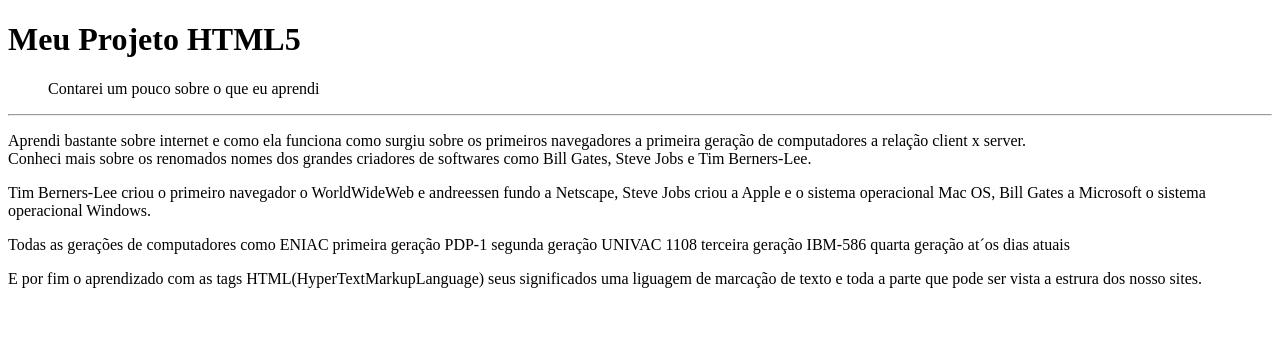
Repository: gustavotwist/meu-html
Page: index.html
The author's editor kept a copy of each file at every save. The page is drawn from the files as they stood at one save, then again after the next save.
The browser window is 1280 px wide. The pictures show the whole page.

Above is the page before, as saved 2024-04-24 22:21:37.

### index.html
<!DOCTYPE html>
<html lang="pt-br">
<head>
    <meta charset="UTF-8">
    <meta name="viewport" content="width=device-width, initial-scale=1.0">
    <title>Projeto HTML</title>
</head>
<body>
    <h1>Meu Projeto HTML5</h1>
    <blockquote>Contarei um pouco sobre o que eu aprendi</blockquote><hr>


    <p>Aprendi bastante sobre internet e como ela funciona como surgiu sobre os primeiros navegadores a primeira geração de computadores a relação client x server. <br> Conheci mais sobre os renomados nomes dos grandes criadores de softwares como Bill Gates, Steve Jobs e Tim Berners-Lee.</p>
    <p>Tim Berners-Lee criou o primeiro navegador o WorldWideWeb e andreessen fundo a Netscape, Steve Jobs criou a Apple e o sistema operacional Mac OS, Bill Gates a Microsoft o sistema operacional Windows.</p>
    <p>Todas as gerações de computadores como ENIAC primeira geração PDP-1 segunda geração UNIVAC 1108 terceira geração IBM-586 quarta geração at´os dias atuais</p>
    <p>E por fim o aprendizado com as tags HTML(HyperTextMarkupLanguage) seus significados uma liguagem de marcação de texto e toda a parte que pode ser vista a estrura dos nosso sites.</p>


</body>
</html>

After the next save:
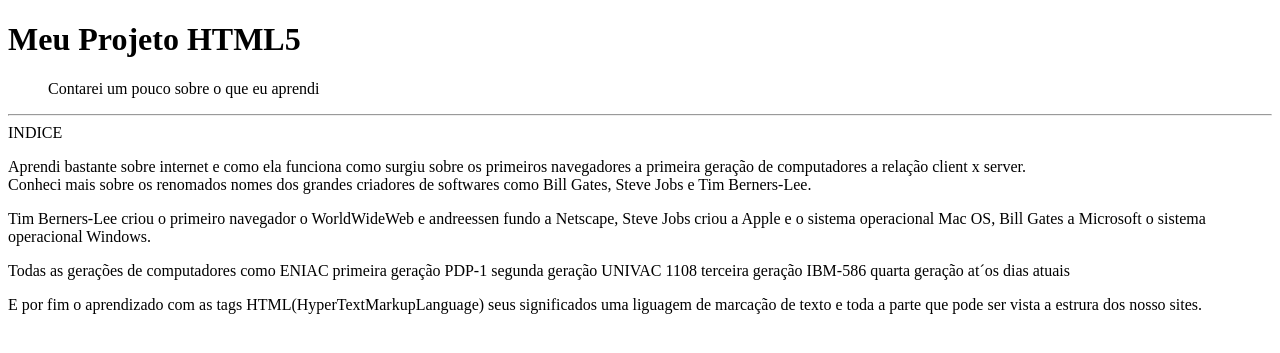
Saved 11 s later.
--- a/index.html
+++ b/index.html
@@ -8,7 +8,7 @@
 <body>
     <h1>Meu Projeto HTML5</h1>
     <blockquote>Contarei um pouco sobre o que eu aprendi</blockquote><hr>
-
+    INDICE
 
     <p>Aprendi bastante sobre internet e como ela funciona como surgiu sobre os primeiros navegadores a primeira geração de computadores a relação client x server. <br> Conheci mais sobre os renomados nomes dos grandes criadores de softwares como Bill Gates, Steve Jobs e Tim Berners-Lee.</p>
     <p>Tim Berners-Lee criou o primeiro navegador o WorldWideWeb e andreessen fundo a Netscape, Steve Jobs criou a Apple e o sistema operacional Mac OS, Bill Gates a Microsoft o sistema operacional Windows.</p>
